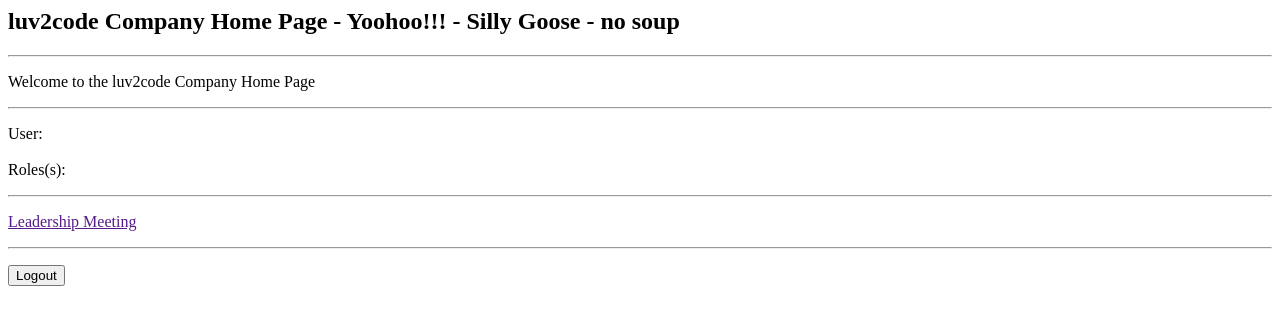
Repository: dchan98/spring-security-demo
Page: http://localhost/spring-security-demo-07-user-roles/WEB-INF/view/home.jsp
The author's editor kept a copy of each file at every save. The page is drawn from the files as they stood at one save, then again after the next save.
The browser window is 1280 px wide. The pictures show the whole page.
The page is served by Tomcat 9. Nobody is signed in. Other server files are loaded and not shown. The template is opened directly, without the code that normally fills it, so the values that code supplies are empty.

Above is the page before, as saved 2019-02-07 06:05:32.

### spring-security-demo-starter/spring-security-demo-07-user-roles/src/main/webapp/WEB-INF/view/home.jsp
<%@ taglib prefix="form" uri="http://www.springframework.org/tags/form" %>
<%@ taglib prefix="security" uri="http://www.springframework.org/security/tags" %>

<html>
<head>
	<title>luv2code Company Home Page</title>
</head>

<body>
	<h2>luv2code Company Home Page - Yoohoo!!! - Silly Goose - no soup</h2>
	<hr>

	<p>
	Welcome to the luv2code Company Home Page
	</p>

	<hr>
	<!-- display user name and role -->
	<p>
		User: <security:authentication property="principal.username" />
		<br><br>
		Roles(s): <security:authentication property="principal.authorities" />
	</p>

	<hr>

	<!-- Add a link to point to /leaders ... this is for managers -->
	<p>
		<a href="">Leadership Meeting</a>
	</p>

	<hr>


	<!-- Add a link to point to /leaders ... this is for the managers -->
	<form:form action="${pageContext.request.contextPath}/logout" method="POST">

	</form:form>

	<!-- Add a logout button -->
	<form:form action="${pageContext.request.contextPath}/logout"
				method="POST">
		<input type="submit" value="Logout" />
	</form:form>
</body>
</html>

After the next save:
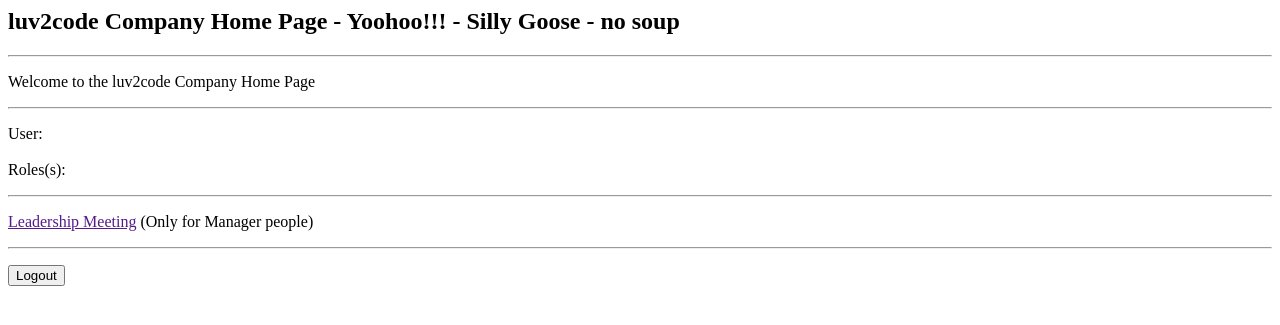
Saved 12 s later.
--- a/spring-security-demo-starter/spring-security-demo-07-user-roles/src/main/webapp/WEB-INF/view/home.jsp
+++ b/spring-security-demo-starter/spring-security-demo-07-user-roles/src/main/webapp/WEB-INF/view/home.jsp
@@ -27,6 +27,7 @@
 	<!-- Add a link to point to /leaders ... this is for managers -->
 	<p>
 		<a href="">Leadership Meeting</a>
+		(Only for Manager people)
 	</p>
 
 	<hr>
